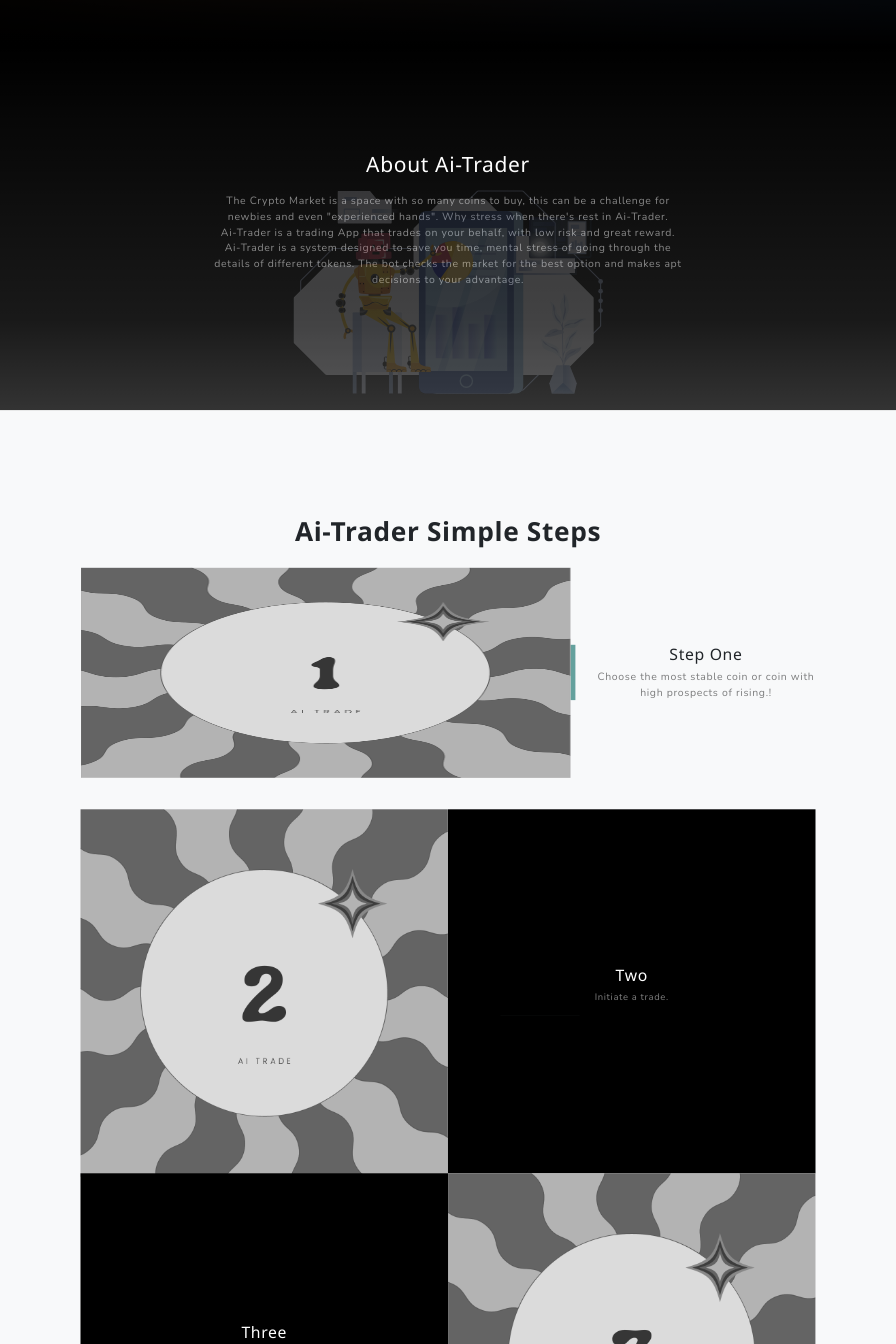
Repository: seyicoded/ico_one
Page: index.html
These files come from the project's save history. The page is drawn as it stood at one moment and after the next save; the edit follows.
The browser window is 1280 px wide. The pictures show the part of the page from y = 653 to 2573 px (the page is 4148 px tall), at 70% of full size.

Above is the page before, as saved 2022-03-06 14:41:00.

### index.html
<!DOCTYPE html>
<html lang="en">
    <head>
        <meta charset="utf-8" />
        <meta name="viewport" content="width=device-width, initial-scale=1, shrink-to-fit=no" />
        <meta name="description" content="" />
        <meta name="author" content="" />
        <title>Ai-Trader</title>
        <link rel="icon" type="image/x-icon" href="assets/favicon.ico" />
        <!-- Font Awesome icons (free version)-->
        <script src="https://use.fontawesome.com/releases/v5.15.4/js/all.js" crossorigin="anonymous"></script>
        <!-- Google fonts-->
        <link href="https://fonts.googleapis.com/css?family=Varela+Round" rel="stylesheet" />
        <link href="https://fonts.googleapis.com/css?family=Nunito:200,200i,300,300i,400,400i,600,600i,700,700i,800,800i,900,900i" rel="stylesheet" />
        <!-- Core theme CSS (includes Bootstrap)-->
        <link href="css/w3.css" rel="stylesheet" />
        <link href="css/styles.css" rel="stylesheet" />
        <link href="css/animate.css" rel="stylesheet" />
        <link href="css/custom.css" rel="stylesheet" />
        <script src="js/jquery.js"></script>
        <script src="js/wow.js"></script>
        <script src="js/bs.js"></script>
        <script type="text/javascript">
            //Initiat WOW JS
            window.onload = function(){
                $("#loaderr").hide();
                new WOW().init();
            }
            // new WOW().init();
        </script>
        <style>
            #loaderr{
                position: fixed;
                z-index: 99;
                top: 0;
                bottom: 0;
                left: 0;
                right: 0;
                background: linear-gradient(grey, black);
                display: flex;
                justify-content: center;
                align-items: center;
            }
            #skip-loader{
                position: fixed;
                bottom: 3%;
                right: 3%;
                background-color: transparent;
                color: white;
                border: none;
            }
        </style>
    </head>
    <body id="page-top">
        <!--  loader start -->
        <div id="loaderr">
            <img src="assets/svg/Spin-0.5s-247px.svg" />
            <button id="skip-loader" onclick="$('#loaderr').hide()">skip</button>
        </div>
        <!-- loader stop -->

        <!-- Navigation-->
        <nav class="navbar navbar-expand-lg navbar-light fixed-top" id="mainNav">
            <div class="container px-4 px-lg-5">
                <a class="navbar-brand" href="#page-top">Ai-Trader</a>
                <button class="navbar-toggler navbar-toggler-right" type="button" data-bs-toggle="collapse" data-bs-target="#navbarResponsive" aria-controls="navbarResponsive" aria-expanded="false" aria-label="Toggle navigation">
                    Menu
                    <i class="fas fa-bars"></i>
                </button>
                <div class="collapse navbar-collapse" id="navbarResponsive">
                    <ul class="navbar-nav ms-auto">
                        <li class="nav-item"><a class="nav-link" href="#about">About</a></li>
                        <li class="nav-item"><a class="nav-link" href="#trade">How to Trade</a></li>
                        <li class="nav-item"><a class="nav-link" href="#token">Tokenomics</a></li>
                    </ul>
                </div>
            </div>
        </nav>
        <!-- Masthead-->
        <header class="masthead">
            <div class="container px-4 px-lg-5 d-flex h-100 align-items-center justify-content-center">
                <div class="d-flex justify-content-center">
                    <div class="text-center">
                        <h1 class="mx-auto my-0 text-uppercase wow fadeIn animated" data-wow-duration="1090ms" data-wow-delay="1000ms">We Got You Covered</h1>
                        <h2 class="text-white-50 mx-auto mt-2 mb-5 wow fadeIn animated" data-wow-duration="1090ms" data-wow-delay="1300ms">An Artificial Intelligence You Can Trust.</h2>
                        <a class="btn btn-white white wow fadeIn animated" style="font-weight: bolder;" href="#about"  data-wow-duration="1090ms" data-wow-delay="1600ms">Get Started</a>
                    </div>
                </div>
            </div>
        </header>
        <!-- About-->
        <section class="about-section text-center" id="about">
            <div class="container px-4 px-lg-5">
                <div class="row gx-4 gx-lg-5 justify-content-center">
                    <div class="col-lg-8">
                        <h2 class="text-white mb-4 wow fadeInLeft animated" data-wow-duration="600ms" data-wow-delay="400ms">About Ai-Trader</h2>
                        <p class="text-white-50 wow fadeInLeft animated" data-wow-duration="600ms" data-wow-delay="600ms">
                            The Crypto Market is a space with so many coins to buy, this can be a challenge for newbies and even "experienced hands". Why stress when there's rest in Ai-Trader. <br />
                            Ai-Trader is a trading App that trades on your behalf, with low risk and great reward. <br />
                            Ai-Trader is a system designed to save you time, mental stress of going through the details of different tokens. The bot checks the market for the best option and makes apt decisions to your advantage.
                        </p>
                    </div>
                    <img class="img-fluid" src="assets/img/robot-doing-data-analysis.svg" style="filter: grayscale(20%); position: absolute; opacity: 19%; height: 400px;" alt="..." />
                </div>
                <!-- <img class="img-fluid" src="assets/img/ipad.png" style="filter: grayscale(80%); position: absolute; opacity: 30%;" alt="..." /> -->
                <div style="height: 100px;">&nbsp;</div>
            </div>
        </section>
        <!-- Projects-->
        <section class="projects-section bg-light" id="trade">
            <div class="container px-4 px-lg-5">
                <h1 style="text-align: center; font-weight: bold;">Ai-Trader Simple Steps</h1>
                <br />
                <!-- Featured Project Row-->
                <div class="row gx-0 mb-4 mb-lg-5 align-items-center wow fadeInLeft animated" data-wow-duration="600ms" data-wow-delay="400ms">
                    <div class="col-xl-8 col-lg-7"><img class="img-fluid mb-3 mb-lg-0" src="assets/count/1.png" style="height: 300px; width: 100%; filter: grayscale(80);" alt="..." /></div>
                    <div class="col-xl-4 col-lg-5">
                        <div class="featured-text text-center text-lg-left">
                            <h4>Step One</h4>
                            <p class="text-black-50 mb-0">Choose the most stable coin or coin with high prospects of rising.!</p>
                        </div>
                    </div>
                </div>
                <!-- Project One Row-->
                <div class="row gx-0 mb-5 mb-lg-0 justify-content-center wow fadeInLeft animated" data-wow-duration="600ms" data-wow-delay="400ms">
                    <div class="col-lg-6"><img class="img-fluid" src="assets/count/2.png" style="filter: grayscale(80);" alt="..." /></div>
                    <div class="col-lg-6">
                        <div class="bg-black text-center h-100 project">
                            <div class="d-flex h-100">
                                <div class="project-text w-100 my-auto text-center text-lg-left">
                                    <h4 class="text-white">Two</h4>
                                    <p class="mb-0 text-white-50">Initiate a trade.</p>
                                    <hr class="d-none d-lg-block mb-0 ms-0" />
                                </div>
                            </div>
                        </div>
                    </div>
                </div>
                <!-- Project Two Row-->
                <div class="row gx-0 justify-content-center wow fadeInLeft animated" data-wow-duration="600ms" data-wow-delay="400ms">
                    <div class="col-lg-6"><img class="img-fluid" src="assets/count/3.png" style="filter: grayscale(80);" alt="..." /></div>
                    <div class="col-lg-6 order-lg-first">
                        <div class="bg-black text-center h-100 project">
                            <div class="d-flex h-100">
                                <div class="project-text w-100 my-auto text-center text-lg-right">
                                    <h4 class="text-white">Three</h4>
                                    <p class="mb-0 text-white-50">Takes you out of the trade after reaching the margin you've set.!</p>
                                    <hr class="d-none d-lg-block mb-0 me-0" />
                                </div>
                            </div>
                        </div>
                    </div>
                </div>
            </div>
        </section>
        <!-- Signup-->
        <section class="signup-section" id="token">
            <div class="container px-4 px-lg-5">
                <div class="row gx-4 gx-lg-5">
                    <div class="col-md-10 col-lg-8 mx-auto text-center">
                        <i class="far fa-paper-plane fa-2x mb-2 text-white"></i>
                        <h2 class="text-white mb-5">Tokenomial</h2>
                        <!-- * * * * * * * * * * * * * * *-->
                        <!-- * * SB Forms Contact Form * *-->
                        <!-- * * * * * * * * * * * * * * *-->
                        <!-- This form is pre-integrated with SB Forms.-->
                        <!-- To make this form functional, sign up at-->
                        <!-- https://startbootstrap.com/solution/contact-forms-->
                        <!-- to get an API token!-->
                        <div style="color: white; text-align: justify;">
                            Lorem ipsum dolor sit amet, consectetur adipiscing elit, sed do eiusmod tempor incididunt ut labore et dolore magna aliqua. Ut enim ad minim veniam, quis nostrud exercitation ullamco laboris nisi ut aliquip ex ea commodo consequat. Duis aute irure dolor in reprehenderit in voluptate velit esse cillum dolore eu fugiat nulla pariatur. Excepteur sint occaecat cupidatat non proident, sunt in culpa qui officia deserunt mollit anim id est laborum.
                        </div>
                        <!-- <form class="form-signup" id="contactForm" data-sb-form-api-token="API_TOKEN">

                            <div class="row input-group-newsletter">
                                <div class="col"><input class="form-control" id="emailAddress" type="email" placeholder="Enter email address..." aria-label="Enter email address..." data-sb-validations="required,email" /></div>
                                <div class="col-auto"><button class="btn btn-primary disabled" id="submitButton" type="submit">Notify Me!</button></div>
                            </div>
                            <div class="invalid-feedback mt-2" data-sb-feedback="emailAddress:required">An email is required.</div>
                            <div class="invalid-feedback mt-2" data-sb-feedback="emailAddress:email">Email is not valid.</div>




                            <div class="d-none" id="submitSuccessMessage">
                                <div class="text-center mb-3 mt-2 text-white">
                                    <div class="fw-bolder">Form submission successful!</div>
                                    To activate this form, sign up at
                                    <br />
                                    <a href="https://startbootstrap.com/solution/contact-forms">https://startbootstrap.com/solution/contact-forms</a>
                                </div>
                            </div>




                            <div class="d-none" id="submitErrorMessage"><div class="text-center text-danger mb-3 mt-2">Error sending message!</div></div>
                        </form> -->
                    </div>
                </div>
            </div>
        </section>
        <!-- Contact-->
        <section class="contact-section bg-black">
            <div class="container px-4 px-lg-5">
                <h2 class="text-white">Need Help!</h2>

                <div class="row gx-4 gx-lg-5">
                    <div class="col-md-4 mb-3 mb-md-0">
                        <div class="card py-4 h-100">
                            <div class="card-body text-center">
                                <i class="fas fa-map-marked-alt text-primary mb-2"></i>
                                <h4 class="text-uppercase m-0">Telegram</h4>
                                <hr class="my-4 mx-auto" />
                                <div class="small text-black-50"><a href="https://t.me/AITRADERCOM">Click Here</a></div>
                            </div>
                        </div>
                    </div>
                    <div class="col-md-4 mb-3 mb-md-0">
                        <div class="card py-4 h-100">
                            <div class="card-body text-center">
                                <i class="fas fa-envelope text-primary mb-2"></i>
                                <h4 class="text-uppercase m-0">Email</h4>
                                <hr class="my-4 mx-auto" />
                                <div class="small text-black-50"><a href="mailto:contact@worldaitrader.com">contact@worldaitrader.com</a></div>
                            </div>
                        </div>
                    </div>
                    <div class="col-md-4 mb-3 mb-md-0">
                        <div class="card py-4 h-100">
                            <div class="card-body text-center">
                                <i class="fas fa-mobile-alt text-primary mb-2"></i>
                                <h4 class="text-uppercase m-0">Phone</h4>
                                <hr class="my-4 mx-auto" />
                                <div class="small text-black-50">+1 (555) 902-8832</div>
                            </div>
                        </div>
                    </div>
                </div>
                <div class="social d-flex justify-content-center">
                    <a class="mx-2" href="#!"><i class="fab fa-twitter"></i></a>
                    <a class="mx-2" href="#!"><i class="fab fa-facebook-f"></i></a>
                    <a class="mx-2" href="#!"><i class="fab fa-github"></i></a>
                </div>
            </div>
        </section>
        <!-- Footer-->
        <footer class="footer bg-black small text-center text-white-50"><div class="container px-4 px-lg-5">Copyright &copy; Ai-Trader 2021</div></footer>
        <!-- Bootstrap core JS-->
        <script src="https://cdn.jsdelivr.net/npm/bootstrap@5.1.3/dist/js/bootstrap.bundle.min.js"></script>
        <!-- Core theme JS-->
        <script src="js/scripts.js"></script>

        <script src="https://cdn.startbootstrap.com/sb-forms-latest.js"></script>
    </body>
</html>

### js/scripts.js
/*!
* Start Bootstrap - Grayscale v7.0.4 (https://startbootstrap.com/theme/grayscale)
* Copyright 2013-2021 Start Bootstrap
* Licensed under MIT (https://github.com/StartBootstrap/startbootstrap-grayscale/blob/master/LICENSE)
*/
//
// Scripts
//

window.addEventListener('DOMContentLoaded', event => {

    // Navbar shrink function
    var navbarShrink = function () {
        const navbarCollapsible = document.body.querySelector('#mainNav');
        if (!navbarCollapsible) {
            return;
        }
        if (window.scrollY === 0) {
            navbarCollapsible.classList.remove('navbar-shrink')
        } else {
            navbarCollapsible.classList.add('navbar-shrink')
        }

    };

    // Shrink the navbar
    navbarShrink();

    // Shrink the navbar when page is scrolled
    document.addEventListener('scroll', navbarShrink);

    // Activate Bootstrap scrollspy on the main nav element
    const mainNav = document.body.querySelector('#mainNav');
    if (mainNav) {
        new bootstrap.ScrollSpy(document.body, {
            target: '#mainNav',
            offset: 74,
        });
    };

    // Collapse responsive navbar when toggler is visible
    const navbarToggler = document.body.querySelector('.navbar-toggler');
    const responsiveNavItems = [].slice.call(
        document.querySelectorAll('#navbarResponsive .nav-link')
    );
    responsiveNavItems.map(function (responsiveNavItem) {
        responsiveNavItem.addEventListener('click', () => {
            if (window.getComputedStyle(navbarToggler).display !== 'none') {
                navbarToggler.click();
            }
        });
    });

});

Loaded but not shown: css/w3.css (library); css/styles.css (library); css/animate.css (library); js/jquery.js (library); js/wow.js (library); js/bs.js (library); css/custom.css (no stored copy; drawn as an empty file)

After the next save:
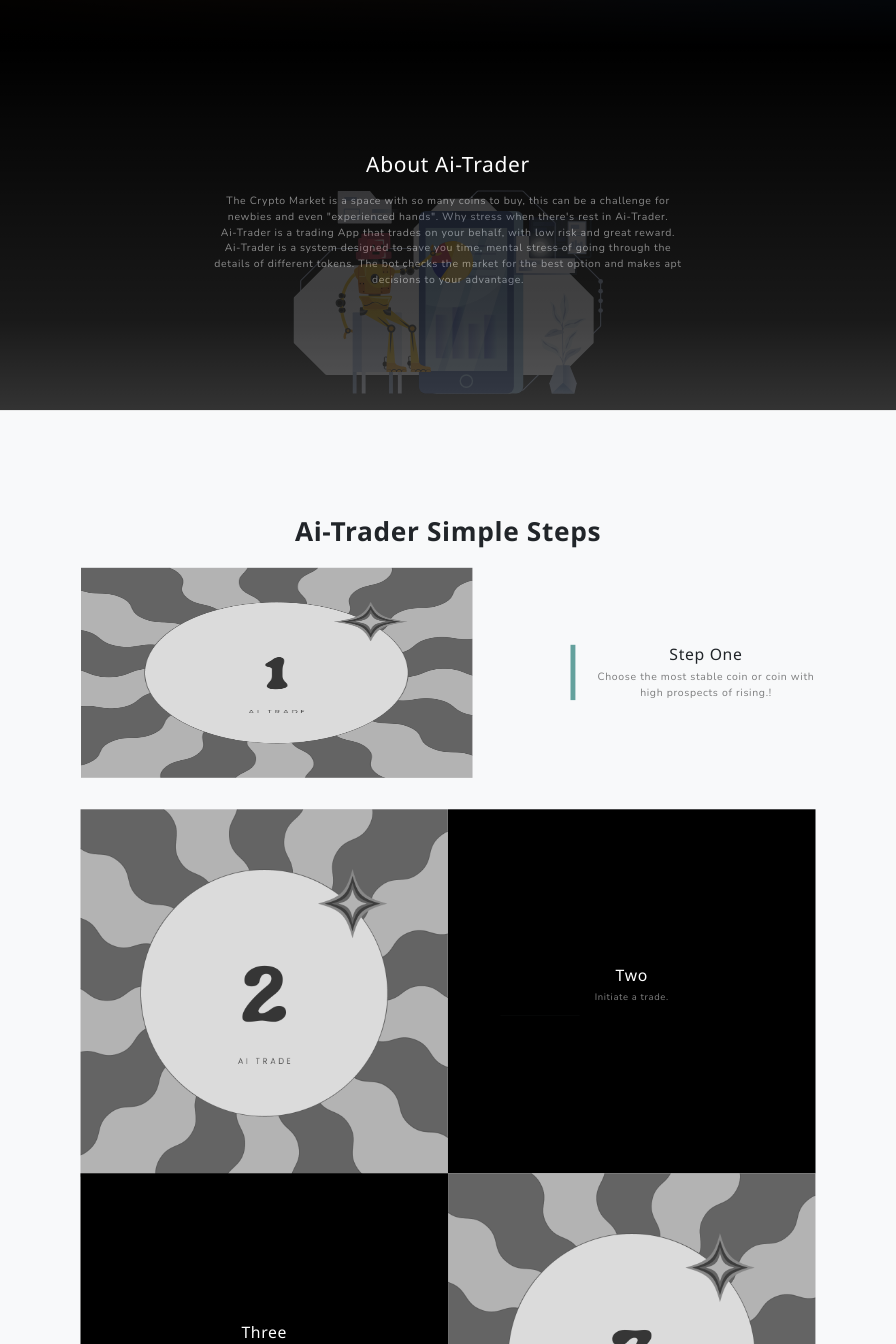
Saved 14 s later.
--- a/index.html
+++ b/index.html
@@ -113,7 +113,7 @@
                 <br />
                 <!-- Featured Project Row-->
                 <div class="row gx-0 mb-4 mb-lg-5 align-items-center wow fadeInLeft animated" data-wow-duration="600ms" data-wow-delay="400ms">
-                    <div class="col-xl-8 col-lg-7"><img class="img-fluid mb-3 mb-lg-0" src="assets/count/1.png" style="height: 300px; width: 100%; filter: grayscale(80);" alt="..." /></div>
+                    <div class="col-xl-8 col-lg-7"><img class="img-fluid mb-3 mb-lg-0" src="assets/count/1.png" style="height: 300px; width: 80%; filter: grayscale(80);" alt="..." /></div>
                     <div class="col-xl-4 col-lg-5">
                         <div class="featured-text text-center text-lg-left">
                             <h4>Step One</h4>

After the save that followed:
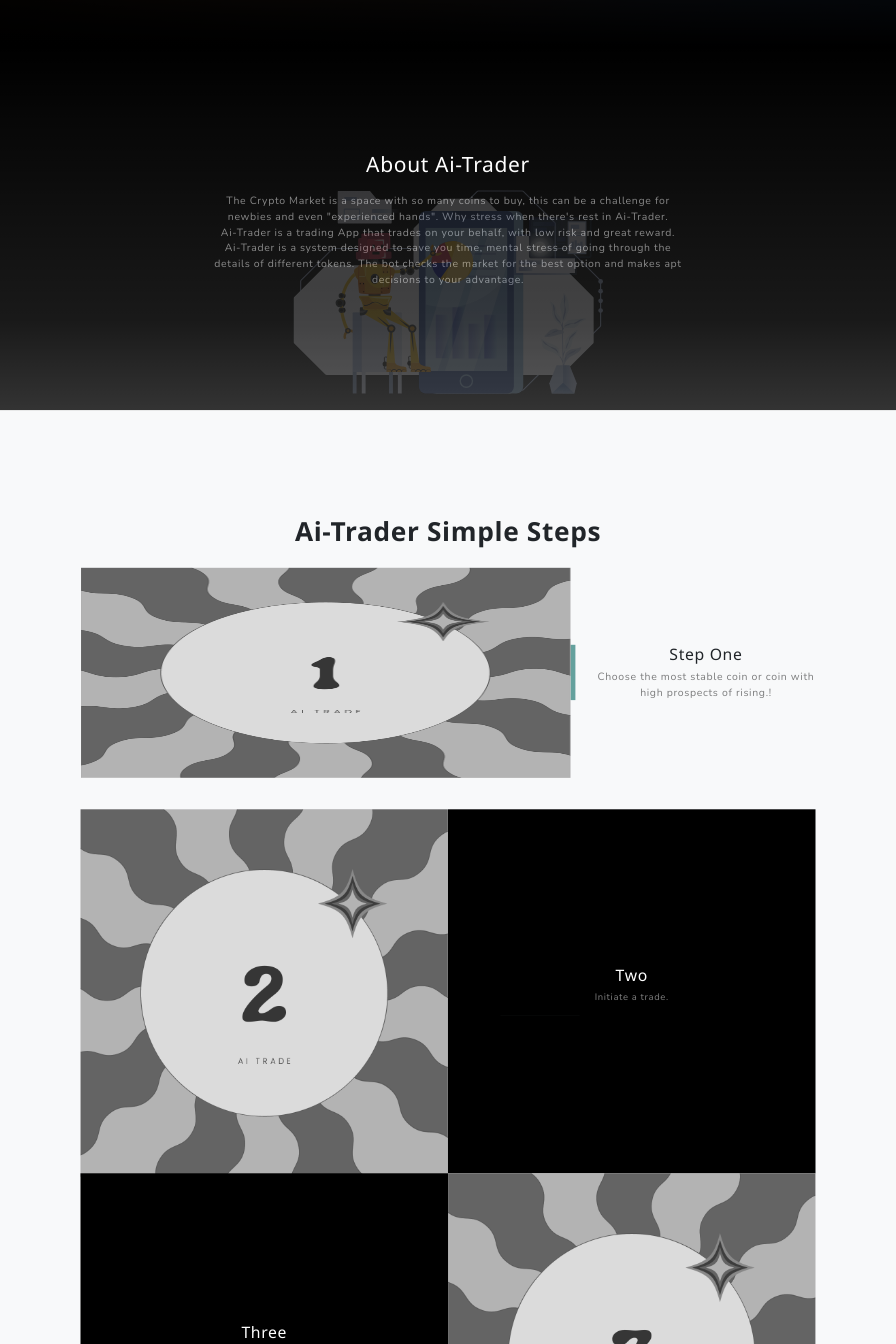
Saved 57 s later.
--- a/index.html
+++ b/index.html
@@ -113,7 +113,7 @@
                 <br />
                 <!-- Featured Project Row-->
                 <div class="row gx-0 mb-4 mb-lg-5 align-items-center wow fadeInLeft animated" data-wow-duration="600ms" data-wow-delay="400ms">
-                    <div class="col-xl-8 col-lg-7"><img class="img-fluid mb-3 mb-lg-0" src="assets/count/1.png" style="height: 300px; width: 80%; filter: grayscale(80);" alt="..." /></div>
+                    <div class="col-xl-8 col-lg-7"><img class="img-fluid mb-3 mb-lg-0" src="assets/count/1.png" style="height: 300px; width: 100%; filter: grayscale(80);" alt="..." /></div>
                     <div class="col-xl-4 col-lg-5">
                         <div class="featured-text text-center text-lg-left">
                             <h4>Step One</h4>
